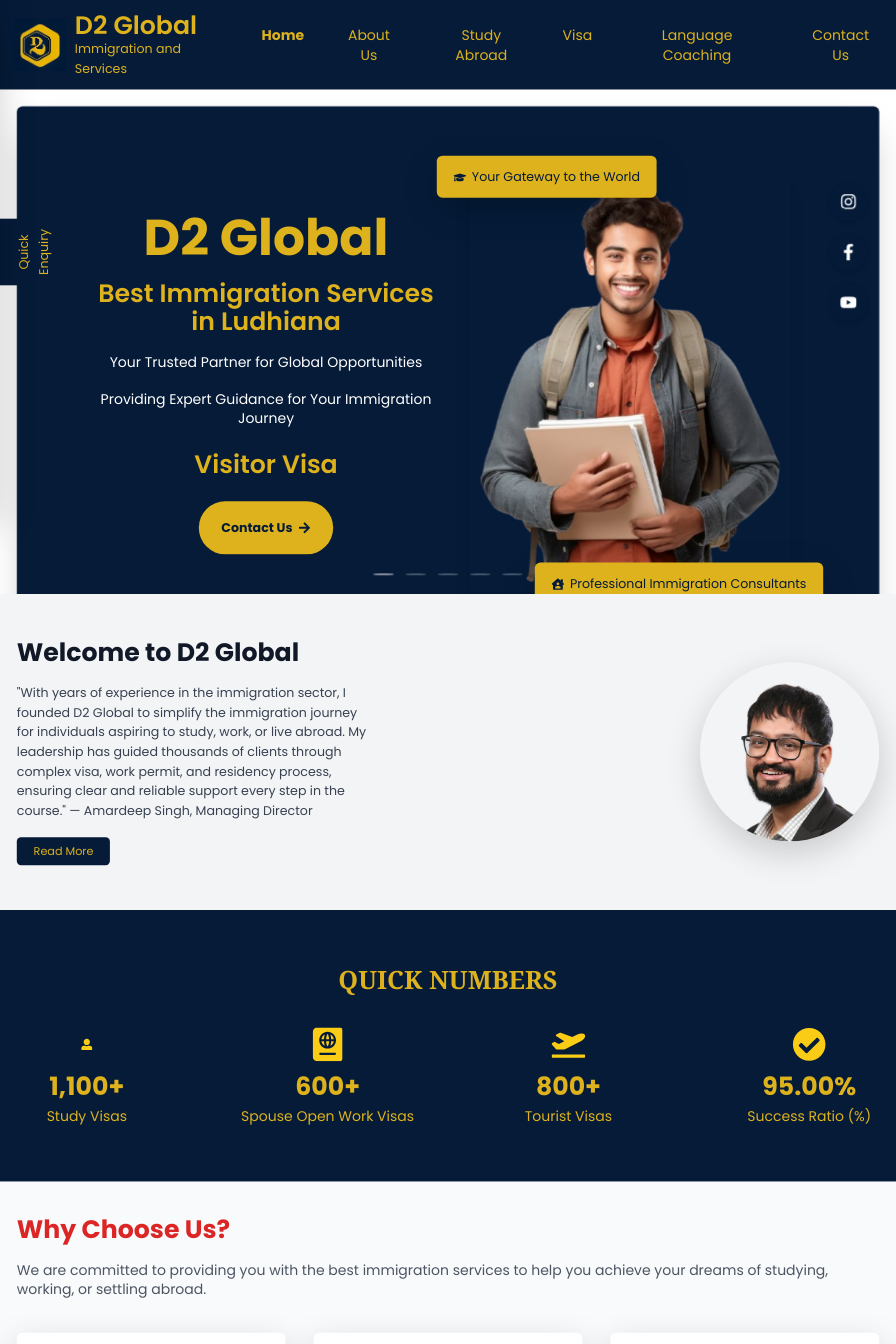
Repository: abhijeets54/d2globalbackup
Page: /
These files come from the project's save history. The page is drawn as it stood at one moment and after the next save; the edit follows.
The browser window is 1280 px wide. The pictures show the part of the page from y = 0 to 1920 px (the page is 6748 px tall), at 70% of full size.
The page's requests for data from a server got no answer. The project was rebuilt for these pictures with package versions that can differ from the ones it lists, and the page was loaded fresh each time. No one was signed in, and anything a server would have sent is missing. Also part of the build but not shown: vite.config.js, src/components/Button.jsx, src/components/PostCard.jsx, src/components/Input.jsx, src/components/PopupForm.jsx, src/components/Events.jsx, src/components/People.jsx, src/Newsletter/NewsletterComponent.jsx and 28 more. Imported but missing from the stored project, and not drawn on this page: src/components/Donate/RestoftheWorld.jsx, src/components/Donate/WithInIndia.jsx, src/components/JoinUs.jsx, src/components/Projects/Awareness.jsx, src/components/Projects/Education.jsx, src/components/Projects/HumanitarianAid.jsx, src/components/ThreePillars.jsx, src/pages/Donate.jsx and 2 more.

Above is the page before, as saved 2024-10-04 13:16:42.

### index.html
<!doctype html>
<html lang="en">
  <head>
    <meta charset="UTF-8" />
    <link rel="icon" type="image/svg+xml" href="/logo.webp" />
    <meta name="viewport" content="width=device-width, initial-scale=1.0" />
    <link href="https://fonts.googleapis.com/css2?family=Gothic+A1&family=Inconsolata:wght@200..900&family=Mukta:wght@200;300;400;500;600;700;800&family=Poppins:ital,wght@0,100;0,200;0,300;0,400;0,500;0,600;0,700;0,800;0,900;1,100;1,200;1,300;1,400;1,500;1,600;1,700;1,800;1,900&display=swap" rel="stylesheet">

    <link href="https://cdn.jsdelivr.net/npm/bootstrap@5.3.3/dist/css/bootstrap.min.css" rel="stylesheet" integrity="sha384-QWTKZyjpPEjISv5WaRU9OFeRpok6YctnYmDr5pNlyT2bRjXh0JMhjY6hW+ALEwIH" crossorigin="anonymous">
    <link
  rel="stylesheet"
  href="https://cdnjs.cloudflare.com/ajax/libs/font-awesome/5.15.3/css/all.min.css"
/>
    <title>D2 Global</title>
  </head>
  <body class="bg-slate-400">
    <div id="root"></div>
    <script src="https://cdn.jsdelivr.net/npm/bootstrap@5.3.3/dist/js/bootstrap.bundle.min.js" integrity="sha384-YvpcrYf0tY3lHB60NNkmXc5s9fDVZLESaAA55NDzOxhy9GkcIdslK1eN7N6jIeHz" crossorigin="anonymous"></script>
    <script type="module" src="/src/main.jsx"></script>
  </body>
</html>

### src/App.jsx
import React, { useState, useEffect } from 'react'
import './App.css'
import { Footer, Header } from './components'
import { Outlet } from 'react-router-dom'


function App() {
  const [loading, setLoading] = useState(false)

  return !loading ? (
    <div className='min-h-screen flex flex-wrap content-between bg-gray-400'>
      <div className='w-full block'>
        <Header />
        <main>
        <Outlet />
        </main>
        <Footer />
      </div>
    </div>
  ) : null
}

export default App

### src/pages/Home.jsx
import React, { useState } from 'react';
import { useNavigate } from 'react-router-dom';
import Collage from '../components/Collage';
import OurAssociates from '../components/OurAssociates';
import QuickNumbers from '../components/QuickNumbers';
import WhatPeopleAreSaying from '../components/WhatPeopleAreSaying';

import Register from '../components/Register';

import About from '../components/About';
import Offer from '../components/Offer';
import Countries from '../components/Countries';
import PopupForm from '../components/PopupForm';
import Events from '../components/Events';
import QuickEnquiry from '../components/ContactUs/QuickEnquiry';
import Choose from '../components/Choose';
import People from '../components/People';
import CollageWithAnimations from '../components/CollageWithAnimations';
function Home() {
  const navigate = useNavigate();
  const [showFullText, setShowFullText] = useState(false);

  const handleReadMore = () => {
    navigate('/About');
  };

  const handleMoreAboutUs = () => {
    setShowFullText(!showFullText);
  };

  return (
    <>
   {/* <CollageWithAnimations/> */}
      {/* <PopupForm /> */}
      <QuickEnquiry />
      <Collage />

        <About />
        {/* <People/> */}
        <QuickNumbers />
        <Choose/>
        <Offer />

        {/* <Timeline /> */}



            <Countries />


            <OurAssociates />

          <WhatPeopleAreSaying />
          {/* <Events /> */}

          <Register />


    </>
  );
}

export default Home;

### src/components/About.jsx
import React, { useEffect, useState, useRef } from 'react';
import { useNavigate } from 'react-router-dom';

const About = () => {
  const [slideIn, setSlideIn] = useState(false);
  const aboutSectionRef = useRef(null);
  const navigate = useNavigate();

  useEffect(() => {
    const observer = new IntersectionObserver(
      (entries) => {
        entries.forEach((entry) => {
          if (entry.isIntersecting) {
            setSlideIn(true);
          }
        });
      },
      {
        threshold: 0.3,
      }
    );

    if (aboutSectionRef.current) {
      observer.observe(aboutSectionRef.current);
    }

    return () => {
      if (aboutSectionRef.current) {
        observer.unobserve(aboutSectionRef.current);
      }
    };
  }, []);

  const handleReadMore = () => {
    navigate('/AboutUs');
  };

  return (
    <div ref={aboutSectionRef} className="flex items-center justify-center bg-gray-100 py-12 md:py-16">
      <div className="container mx-auto flex flex-col md:flex-row items-center justify-between px-4">

        {/* Sliding Text Content */}
        <div
          className={`transform transition-transform duration-1000 ${
            slideIn ? 'translate-x-0' : '-translate-x-full'
          } mt-8 md:mt-0 md:mr-10 max-w-lg text-left md:text-left`}
        >
          <h2 className="text-3xl md:text-4xl  font-bold mb-4 text-gray-900">Welcome to D2 Global</h2>
          <p className="text-base md:text-lg text-gray-700">
          "With years of experience in the immigration sector, I founded D2 Global to simplify the immigration journey for individuals aspiring to study, work, or live abroad. My leadership has guided thousands of clients through complex visa, work permit, and residency process, ensuring clear and reliable support every step in the course."

— Amardeep Singh, Managing Director
          </p>

          {/* Read More Button */}
          <button
            onClick={handleReadMore}
            className="mt-4 inline-block bg-customBlue text-customYellow px-6 py-2 rounded-md hover:bg-blue-600 transition-colors duration-300"
          >
            Read More
          </button>
        </div>

      {/* Sliding Image */}
<div
  className={`transform transition-transform duration-1000 ${
    slideIn ? 'translate-x-0' : 'translate-x-full'
  } mt-8 md:mt-0`}
>
  <img
    src="amar.webp"
    alt="Profile"
    className="rounded-full shadow-lg w-48 h-48 md:w-64 md:h-64 object-cover object-top mx-auto md:mx-0"
    style={{ objectPosition: 'top center' }} // This will center the face more
  />
</div>


      </div>
    </div>
  );
};

export default About;

### src/components/Layout.jsx
// src/components/Layout.jsx
import React from 'react';
import { Outlet, useNavigate } from 'react-router-dom';

const Layout = () => {
  const navigate = useNavigate();

  const handleDonateClick = () => {
    navigate('/Donate');
  };

  return (
    <div>
      <Outlet />
      {/* <a
        href="#top"
        className="fixed right-2 bottom-16 bg-blue-950 text-white hover:bg-yellow-500 py-1 px-2 rounded-2 h-8 w-10 mt-2"
        style={{ zIndex: 1000 }}
      >
        <img src="../../IOC Website pictures/icons8-top-50.png" alt="Go to top " />
      </a> */}
    </div>
  );
};

export default Layout;

### src/components/OurAssociates.jsx
import React from 'react';
import 'tailwindcss/tailwind.css';

const logos = [
  '/oxford.webp',
  '/regent.webp',
  '/webster.webp',
  '/avila.svg',
  '/iau.webp',
  '/bcnlip.webp',
  '/camino.webp',
  '/ihmgs.webp',
  '/uclan.webp',
  '/aura.webp',
  '/lyon.webp'
];

function OurAssociates() {
  return (
    <div className="bg-white py-8">
      <h4 className="text-center text-blue-950 mt-3 text-3xl font-semibold">OUR PARTNERS</h4>
      <br />
      <div className="overflow-hidden relative">
        <div className="flex animate-scroll1 space-x-4 sm:space-x-6 lg:space-x-8">
          {logos.concat(logos).map((logo, index) => (
            <div key={index} className="flex-shrink-0">
              <img
                src={logo}
                alt={`Logo ${index + 1}`}
                className="h-24 w-24 sm:h-32 sm:w-32 lg:h-40 lg:w-40 object-contain"
              />
            </div>
          ))}
        </div>
      </div>
    </div>
  );
}

export default OurAssociates;

### src/components/QuickNumbers.jsx
import React, { useEffect, useState, useRef } from 'react';
import CountUp from 'react-countup';
import { FaUserAlt, FaPassport, FaPlaneDeparture, FaCheckCircle } from 'react-icons/fa';
import 'tailwindcss/tailwind.css';

const data = [
  {
    icon: <FaUserAlt className="h-12 w-12++ text-yellow-400 mb-2" />,
    number: 1100,
    label: 'Study Visas'
  },
  {
    icon: <FaPassport className="h-12 w-12 text-yellow-400 mb-2" />,
    number: 600,
    label: 'Spouse Open Work Visas'
  },
  {
    icon: <FaPlaneDeparture className="h-12 w-12 text-yellow-400 mb-2" />,
    number: 800,
    label: 'Tourist Visas'
  },
  {
    icon: <FaCheckCircle className="h-12 w-12 text-yellow-400 mb-2" />,
    number: 95,
    label: 'Success Ratio (%)',
    isDecimal: true,
  }
];

function QuickNumbers() {
  const [showCounts, setShowCounts] = useState(false);
  const quickNumbersRef = useRef(null);

  useEffect(() => {
    const observer = new IntersectionObserver(
      (entries) => {
        if (entries[0].isIntersecting) {
          setShowCounts(true);
        }
      },
      { threshold: 0.2 }
    );

    if (quickNumbersRef.current) {
      observer.observe(quickNumbersRef.current);
    }

    return () => {
      if (quickNumbersRef.current) {
        observer.unobserve(quickNumbersRef.current);
      }
    };
  }, []);

  return (
    <div ref={quickNumbersRef} className="bg-customBlue py-8 w-full">
      <h2 className="text-center text-2xl sm:text-4xl font-serif font-extrabold text-customYellow pt-5 mb-8">
        QUICK NUMBERS
      </h2>

      {/* Responsive Grid Layout */}
      <div className="grid grid-cols-1 sm:grid-cols-2 lg:grid-cols-4 gap-8 lg:gap-24 mt-5 pb-5">
        {data.map((item, index) => (
          <div key={index} className="text-center text-customYellow flex flex-col items-center">
            <div className="quicknumber flex flex-col justify-center items-center">
              <div className="icon mb-2">{item.icon}</div>
              <h3 className="text-2xl sm:text-4xl font-bold">
                {showCounts && (
                  <CountUp
                    end={item.number}
                    duration={7}
                    decimals={item.isDecimal ? 2 : 0}
                    suffix={item.isDecimal ? "%" : "+"}
                  />
                )}
              </h3>
              <p className="mt-2 text-base sm:text-xl">{item.label}</p>
            </div>
          </div>
        ))}
      </div>
    </div>
  );
}

export default QuickNumbers;

### src/components/CollageWithAnimations.jsx
import React, { useEffect, useState } from 'react';
import { motion } from 'framer-motion';
import { FaArrowRight, FaGlobeAmericas, FaPassport, FaPlane, FaGraduationCap, FaHouseUser } from 'react-icons/fa';
import { useNavigate } from 'react-router-dom';

const CollageWithAnimations = () => {
  const navigate = useNavigate();
  const [displayedText, setDisplayedText] = useState('');
  const [textIndex, setTextIndex] = useState(0);
  const texts = ['Study Visa', 'Permanent Residency', 'Visitor Visa', 'Tourist Visa', 'IELTS Coaching', 'PTE Coaching'];
  const slideInDuration = 0.5;

  useEffect(() => {
    const changeText = () => {
      setDisplayedText(texts[textIndex]);
    };
    changeText();
  }, [textIndex]);

  useEffect(() => {
    const textChangeInterval = setInterval(() => {
      setTextIndex((prevIndex) => (prevIndex + 1) % texts.length);
    }, 3000);
    return () => clearInterval(textChangeInterval);
  }, []);

  return (
    <div className="relative w-full min-h-screen flex items-center justify-center bg-white p-4 md:p-8">
      {/* Background decorative elements */}
      <motion.div
        className="absolute top-10 left-10 text-5xl text-customBlue opacity-20"
        animate={{ rotate: 360 }}
        transition={{ duration: 20, repeat: Infinity, ease: "linear" }}
      >
        <FaGlobeAmericas />
      </motion.div>
      <motion.div
        className="absolute bottom-10 right-10 text-5xl text-customBlue opacity-20"
        animate={{ y: [0, -20, 0] }}
        transition={{ duration: 4, repeat: Infinity, ease: "easeInOut" }}
      >
        <FaPlane />
      </motion.div>

      {/* Main content container */}
      <div className="w-full max-w-8xl bg-customBlue shadow-2xl rounded-lg p-12 md:p-24 flex flex-col lg:flex-row items-center justify-between transition-all duration-500 hover:shadow-3xl relative overflow-hidden">
        {/* Text Section */}
        <div className="w-full lg:w-1/2 text-center lg:text-left relative z-10 mb-8 lg:mb-0">
          <motion.h1
            className="text-5xl md:text-6xl lg:text-7xl font-bold text-customYellow mb-6"
            initial={{ opacity: 0, y: -50 }}
            animate={{ opacity: 1, y: 0 }}
            transition={{ duration: 0.8 }}
          >
            D2 Global
          </motion.h1>
          <h2 className="text-2xl md:text-3xl lg:text-4xl font-semibold text-customYellow mb-6">
            Best Immigration Services in Ludhiana
          </h2>
          <p className="text-lg md:text-xl text-white mb-4">
            Your Trusted Partner for Global Opportunities
          </p>
          <p className="text-lg md:text-xl text-white mb-8">
            Providing Expert Guidance for Your Immigration Journey
          </p>
          <motion.h3
            className="text-2xl md:text-3xl lg:text-4xl font-semibold text-customYellow mb-8"
            initial={{ x: -50, opacity: 0 }}
            animate={{ x: 0, opacity: 1 }}
            exit={{ x: -50, opacity: 0 }}
            transition={{ duration: slideInDuration }}
          >
            {displayedText}
          </motion.h3>
          <motion.button
            className="px-8 py-4 bg-customYellow text-customBlue rounded-full text-lg font-bold flex items-center justify-center mx-auto lg:mx-0 hover:bg-white hover:text-customBlue transition-colors duration-300"
            onClick={() => navigate('/Contactpage')}
            whileHover={{ scale: 1.05 }}
            whileTap={{ scale: 0.95 }}
          >
            Contact Us
            <FaArrowRight className="ml-2" />
          </motion.button>
        </div>

        {/* Image Section */}
        <div className="relative w-full lg:w-1/2 flex justify-center items-center">
          <motion.img
            src="/student.png"
            alt="Student with backpack"
            className="h-96 md:h-[450px] lg:h-[600px] object-cover rounded-lg shadow-xl"
            initial={{ opacity: 0, x: 50 }}
            animate={{ opacity: 1, x: 0 }}
            transition={{ duration: 0.5 }}
          />

          {/* Floating boxes */}
          <motion.div
            className="absolute -top-4 -left-4 py-3 px-6 bg-customYellow text-customBlue rounded-lg text-base md:text-lg shadow-lg"
            animate={{ y: [0, -10, 0] }}
            transition={{ duration: 2, repeat: Infinity, ease: "easeInOut" }}
          >
            <FaGraduationCap className="inline-block mr-2" />
            Your Gateway to the World
          </motion.div>
          <motion.div
            className="absolute -bottom-4 -right-4 py-3 px-6 bg-customYellow text-customBlue rounded-lg text-base md:text-lg shadow-lg"
            animate={{ y: [0, -10, 0] }}
            transition={{ duration: 2, repeat: Infinity, ease: "easeInOut", delay: 1 }}
          >
            <FaHouseUser className="inline-block mr-2" />
            Professional Immigration Consultants
          </motion.div>
        </div>

        {/* Additional decorative element */}
        <motion.div
          className="absolute -bottom-16 -left-16 text-9xl text-white opacity-10"
          animate={{ rotate: -360 }}
          transition={{ duration: 30, repeat: Infinity, ease: "linear" }}
        >
          <FaPassport />
        </motion.div>
      </div>
    </div>
  );
};

export default CollageWithAnimations;

### src/components/container/Container.jsx
import React from 'react'

function Container({ children }) {
  return <div className='w-full'>{children}</div>
}

export default Container

### src/components/Logo.jsx
import React from 'react';
import logo from '/logo.webp'; // Adjust path as necessary

function Logo() {
  return (
    <div>
      <img src={logo} alt="logo" height={75} width={75}/>
    </div>
  );
}

export default Logo;

Loaded but not shown: tailwind.config.js (35 lines, source omitted); src/components/index.js (19 lines, source omitted); src/components/Header/Header.jsx (265 lines, source omitted); src/components/ContactUs/QuickEnquiry.jsx (202 lines, source omitted); src/components/Countries.jsx (133 lines, source omitted); src/components/Choose.jsx (155 lines, source omitted); src/components/Register.jsx (150 lines, source omitted); src/components/Collage.jsx (130 lines, source omitted); src/main.jsx (100 lines, source omitted); src/components/WhatPeopleAreSaying.jsx (112 lines, source omitted); src/components/ContactUs/ContactUs.jsx (85 lines, source omitted); src/App.css (212 lines, source omitted); src/index.css (166 lines, source omitted); src/components/Offer.jsx (69 lines, source omitted)

After the next save:
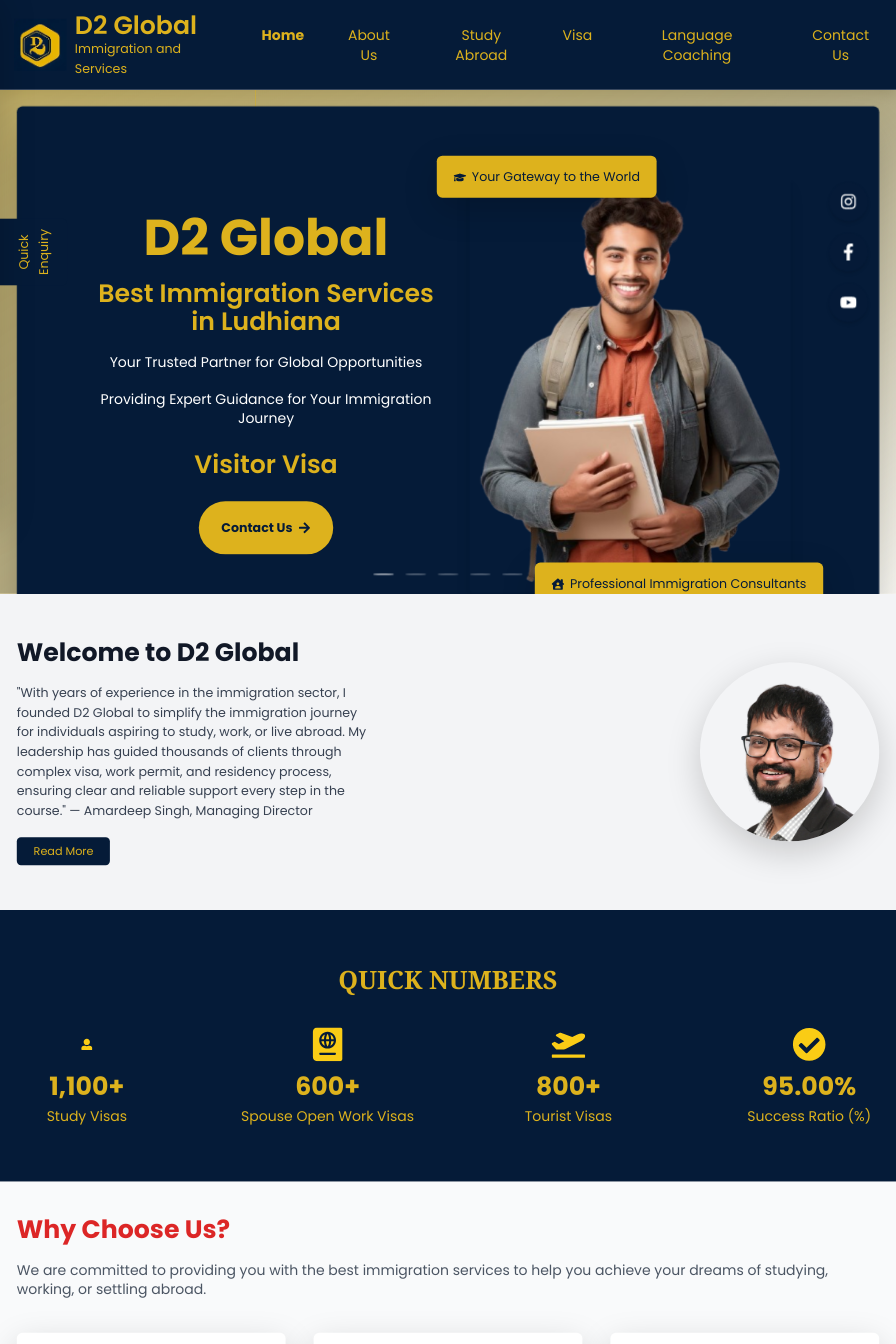
Saved 58 s later.
--- a/src/components/CollageWithAnimations.jsx
+++ b/src/components/CollageWithAnimations.jsx
@@ -25,7 +25,7 @@
   }, []);
 
   return (
-    <div className="relative w-full min-h-screen flex items-center justify-center bg-white p-4 md:p-8">
+    <div className="relative w-full min-h-screen flex items-center justify-center bg-gradient-to-br from-customYellow/50 via-customYellow/30 to-white p-4 md:p-8">
       {/* Background decorative elements */}
       <motion.div
         className="absolute top-10 left-10 text-5xl text-customBlue opacity-20"

After the save that followed:
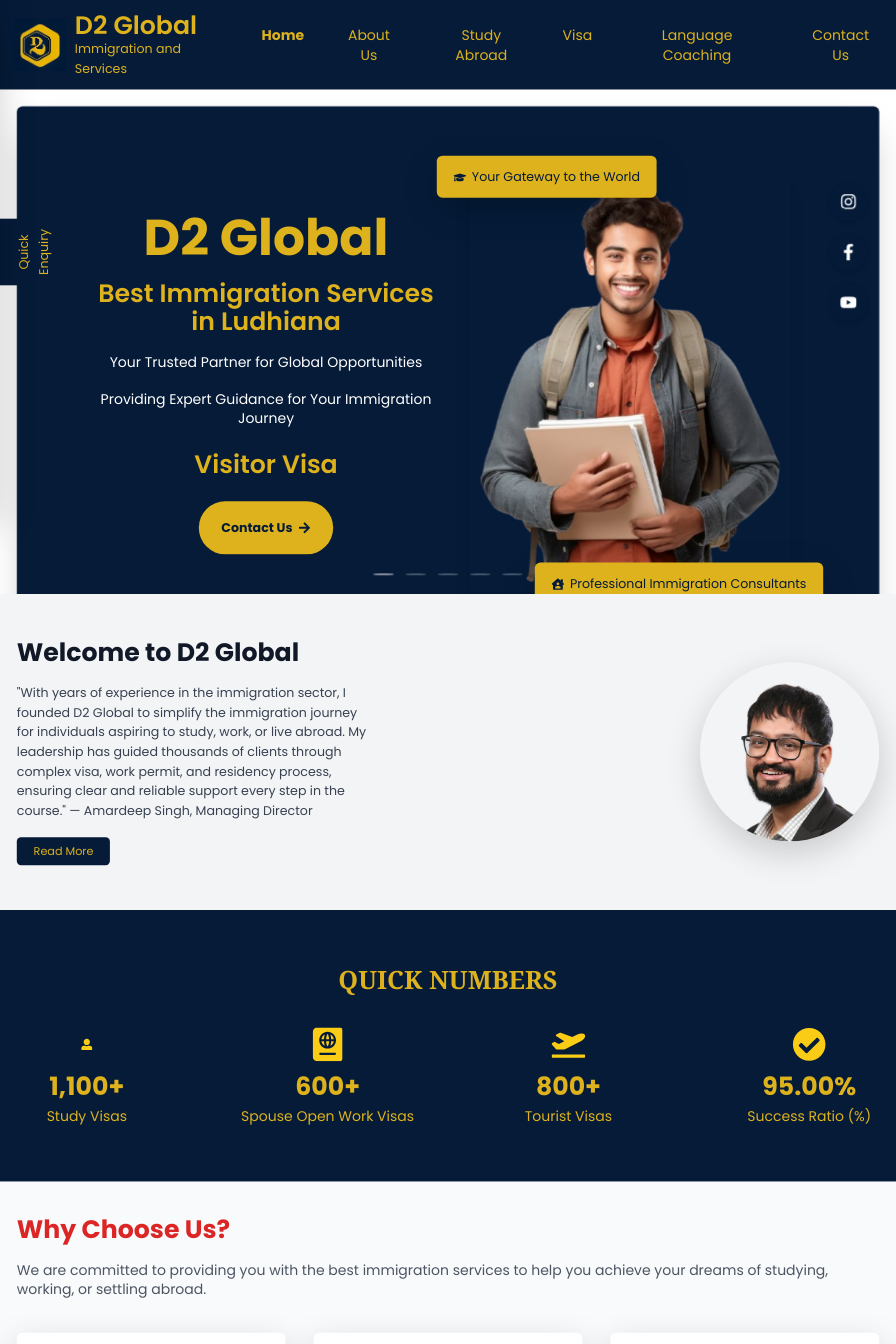
Saved 26 s later.
--- a/src/components/CollageWithAnimations.jsx
+++ b/src/components/CollageWithAnimations.jsx
@@ -25,7 +25,7 @@
   }, []);
 
   return (
-    <div className="relative w-full min-h-screen flex items-center justify-center bg-gradient-to-br from-customYellow/50 via-customYellow/30 to-white p-4 md:p-8">
+    <div className="relative w-full min-h-screen flex items-center justify-center bg-white p-4 md:p-8">
       {/* Background decorative elements */}
       <motion.div
         className="absolute top-10 left-10 text-5xl text-customBlue opacity-20"
